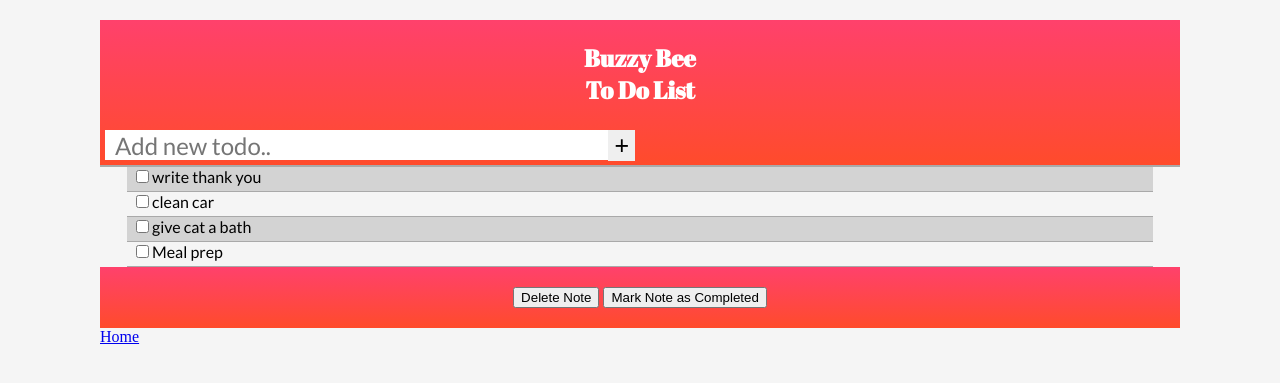
Repository: seleniadelgado/backend-spring2020-angie
Page: projects/todo/public_html/index.html
These files come from the project's save history. The page is drawn as it stood at one moment and after the next save; the edit follows.
The browser window is 1280 px wide. The pictures show the whole page.
The page's requests for data from a server got no answer.

Above is the page before, as saved 2020-05-13 16:16:40.

After the next save:
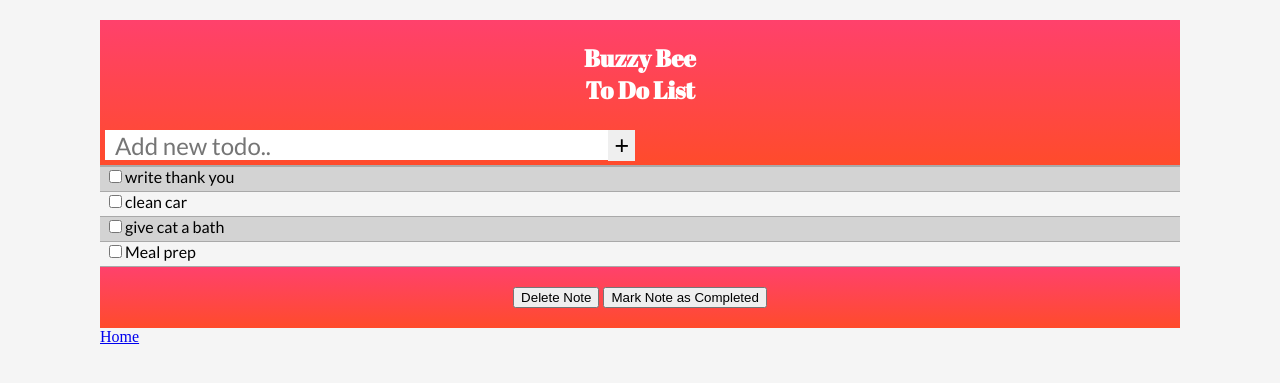
Saved 21 s later.
--- a/projects/todo/public_html/styles.css
+++ b/projects/todo/public_html/styles.css
@@ -69,10 +69,9 @@ body {
     cursor: pointer;
     height: 25px;
     border-bottom: 1px solid darkgray;
-
+    background-color: whitesmoke;
     padding-left: 5px;
     font-family: var(--list-font);
-    width: 95%;
     margin: auto;
 }
 
